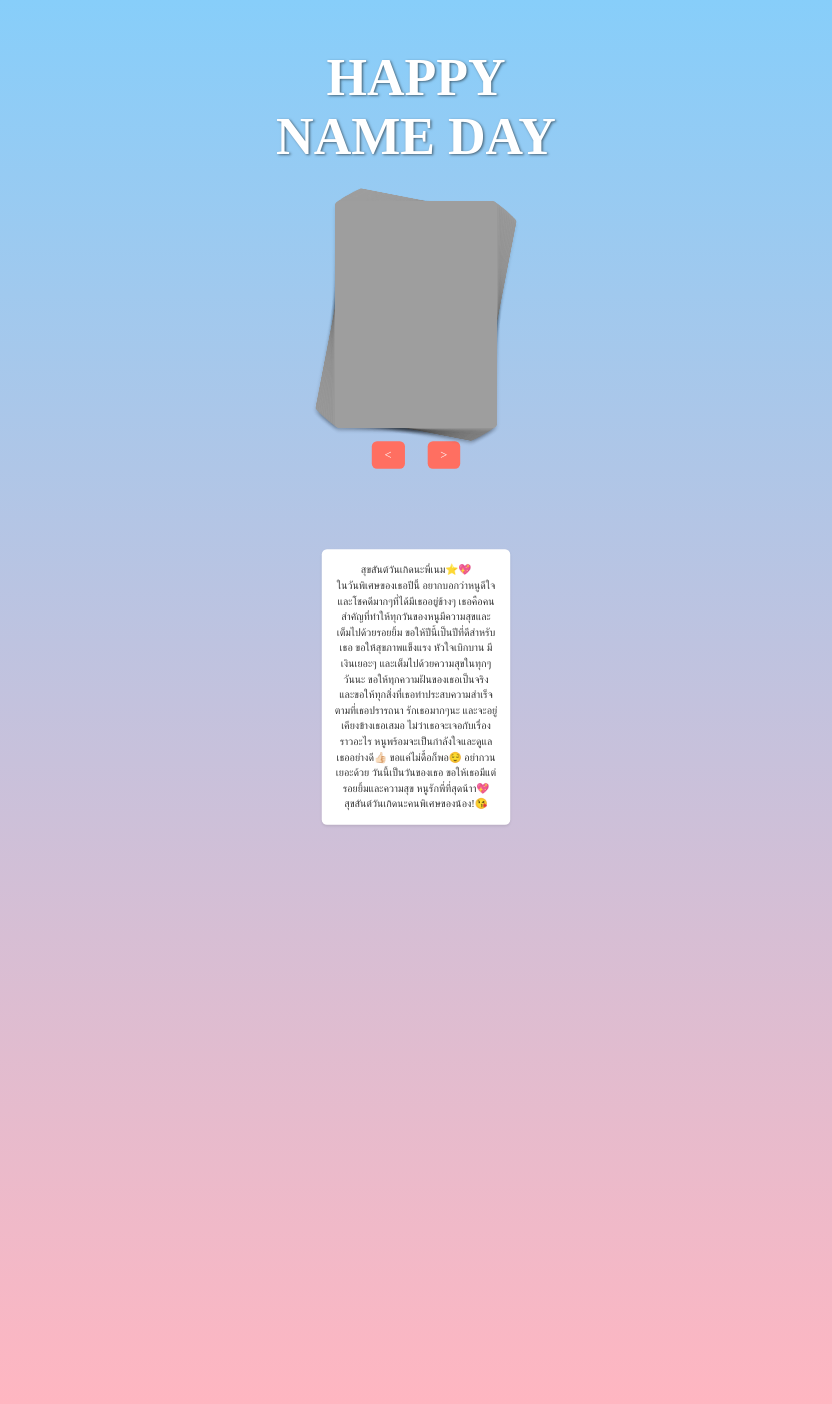
Repository: naps00/BIRTHDAY
Page: /details
An editor plug-in stored every save of this project. The page is shown before and after the next save, followed by the edit.
The browser window is 1280 px wide. The pictures show the whole page, at 65% of full size.
Pictures or frames that could not be fetched are drawn as grey boxes. The project was rebuilt for these pictures with package versions that can differ from the ones it lists, and the page was loaded fresh each time.

Above is the page before, as saved 2024-12-12 20:09:47.

### src/App.js
import React, { useState } from 'react';
import { BrowserRouter as Router, Route, Routes, Link } from 'react-router-dom';
import './App.css';
import Details from './details.js'; // นำเข้า Details.js

function Home() {
  const [showModal, setShowModal] = useState(false);

  // เมื่อวีดีโอจบ ให้แสดง modal
  const handleVideoEnd = () => {
    setShowModal(true);
  };

  return (
    <div className="App">
      <div className="container">
        <div className="text-section" style={{ flex: 1, display: 'flex', flexDirection: 'column', justifyContent: 'center', alignItems: 'center', textAlign: 'center', height: '100vh', color: 'black', fontSize: 'calc(3vw + 0vh)', fontWeight: 'bold' }}>
          <h2>HAPPY BIRTHDAY !!</h2>
          <p>MY LOVE ♡ </p>
          <img src="https://img2.pic.in.th/pic/fc8c0bdfae313c2ffd700a21b05915d6-removebg-preview.png" alt="Happy Birthday Decoration" style={{width: '200px', height: '200PX' }} />
        </div>

        <div className="video-section">
          <video
            className="video-player"
            controls
            onEnded={handleVideoEnd}
          >
            <source src="https://v1.pinimg.com/videos/mc/720p/3d/2a/3c/3d2a3ca4078af4f14258938781ed5f8e.mp4" type="video/mp4" />
            Your browser does not support the video tag.
          </video>
        </div>
      </div>

      {/* Modal */}
      {showModal && (
        <div className="modal-backdrop">
          <div className="modal-content">
            <h2>Are you ready?</h2>
            {/* เปลี่ยนปุ่ม "ปิด" ให้เป็นลิงค์ไปยังหน้า /details */}
            <Link to="/details">
              <button className="pulse">GO !!</button>
            </Link>
          </div>
        </div>
      )}

      {/* เพิ่มอิโมจิที่วิ้งๆ */}
      <div className="emoji">🌟</div>
      <div className="emoji2">✨</div>
      <div className="emoji3">💕</div>

    </div>
  );
}

function App() {
  return (
    <Router>
      <Routes>
        <Route path="/" element={<Home />} />
        <Route path="/details" element={<Details />} /> {/* เพิ่มเส้นทางสำหรับหน้า /details */}
      </Routes>
    </Router>
  );
}

export default App;

### src/App.css
/* การจัด layout ของแอปพลิเคชัน */
.App {
  background-color: white;
  min-height: 100vh;
  display: flex;
  justify-content: center;
  align-items: center;
}

/* ส่วนที่ใช้จัด layout */
.container {
  display: flex;
  flex-direction: row; /* แบ่งพื้นที่ออกเป็น 2 ส่วน */
  width: 100%;
  height: 100vh;
}

/* ส่วนข้อความ */
.text-section {
  flex: 1;
  display: flex;
  flex-direction: column;
  justify-content: center;
  align-items: center;
  padding: 20px;
  background-color: #f9f9f9;
}

.text-section h1 {
  margin-bottom: 20px;
}

/* ส่วนวีดีโอ */
.video-section {
  flex: 1;
  display: flex;
  justify-content: center;
  align-items: center;
  background-color: #000;
}

.video-player {
  width: 100%; /* ให้วีดีโอเต็มความกว้าง */
  height: 100%; /* ให้วีดีโอเต็มความสูง */
  object-fit: cover; /* ปรับวีดีโอให้เต็มพื้นที่โดยไม่เสียสัดส่วน */

/* การแสดง modal */
}
.modal-backdrop {
  position: fixed;
  top: 0;
  left: 0;
  width: 100%;
  height: 100%;
  background: rgba(0, 0, 0, 0.7);
  display: flex;
  justify-content: center;
  align-items: center;
  z-index: 100; /* ทำให้ modal อยู่เหนือสิ่งอื่น */
  animation: fadeInPop 0.5s ease-out;
}

/* เพิ่ม z-index ให้ modal-content */
.modal-content {
  background: white;
  padding: 20px;
  border-radius: 10px;
  text-align: center;
  box-shadow: 0 2px 10px rgba(0, 0, 0, 0.3);
  animation: slideUp 0.3s ease-out;
  z-index: 101; /* ทำให้เนื้อหาของ modal อยู่เหนือ backdrop */
}

/* การแอนิเมชัน fade-in และ pop-up สำหรับ modal backdrop */
@keyframes fadeInPop {
  0% {
    opacity: 0;
    transform: scale(0.8);
  }
  100% {
    opacity: 1;
    transform: scale(1);
  }
}

body {
  font-family: 'Coiny', cursive;
  margin: 0;
  padding: 0;
  box-sizing: border-box;
  background-color: #fef9ef;
  color: #333;
}

h1, h2, p {
  font-family: 'Coiny', cursive; /* ฟอนต์ใหม่สำหรับข้อความ */
}

button {
  font-family: 'Coiny', cursive;
  font-size: 1.2rem;
  background-color: #ff6f61;
  color: #fff;
  padding: 10px 20px;
  border: none;
  border-radius: 8px;
  cursor: pointer;
  transition: background-color 0.3s ease, transform 0.3s ease;
}

button:hover {
  background-color: #ff3d3d;
  transform: scale(1.1);
}

/* การแอนิเมชัน slide-up สำหรับ modal content */
@keyframes slideUp {
  0% {
    transform: translateY(20px);
    opacity: 0;
  }
  100% {
    transform: translateY(0);
    opacity: 1;
  }
}

.modal-content h2 {
  margin-bottom: 20px;
}

.modal-content button {
  padding: 10px 20px;
  background-color: #007bff;
  color: white;
  border: none;
  border-radius: 5px;
  cursor: pointer;
  transition: transform 0.3s ease, background-color 0.3s ease;
}

/* เอฟเฟกต์เมื่อ hover ปุ่ม */
.modal-content button:hover {
  background-color: #0056b3;
  transform: scale(1.1); /* ขยายขนาดปุ่มเมื่อ hover */
}

/* เอฟเฟกต์การเต้นของปุ่ม */
@keyframes pulse {
  0% {
    transform: scale(1);
    opacity: 1;
  }
  50% {
    transform: scale(1.1);
    opacity: 0.8;
  }
  100% {
    transform: scale(1);
    opacity: 1;
  }
}

.pulse {
  animation: pulse 1.5s infinite;
}

/* อิโมจิวิ้งๆ */
.emoji {
  position: fixed;
  top: 30%;
  right: 50%;
  font-size: 30px;
  animation: smoothBounce 1.4s infinite;
  z-index: 50; /* ทำให้ไอคอนอิโมจิอยู่ใต้ modal */
}
.emoji2 {
  position: fixed;
  top: 18%;
  right: 97%;
  font-size: 30px;
  animation: smoothBounce 1.5s infinite;
  z-index: 50; /* ทำให้ไอคอนอิโมจิอยู่ใต้ modal */
}
.emoji3 {
  position: fixed;
  top: 63%;
  right: 65%;
  font-size: 50px;
  animation: smoothBounce 3s infinite;
  z-index: 50; /* ทำให้ไอคอนอิโมจิอยู่ใต้ modal */
}
/* การกระพิบ */
/* @keyframes fadeInOut {
  0%, 100% {
    opacity: 0;
  }
  50% {
    opacity: 1;
  }
}

.fade {
  animation: fadeInOut 1s infinite;
} */

/* การแอนิเมชันวิ้ง */
@keyframes smoothBounce {
  0%, 100% {
    transform: translateY(0);
    opacity: 1;
  }
  25% {
    transform: translateY(-1px);
    opacity: 1;
  }
  50% {
    transform: translateY(-1px);
    opacity: 1;
  }
  75% {
    transform: translateY(5px);
    opacity: 1;
  }
}


/* การแอนิเมชัน zoom-in */
@keyframes zoomIn {
  0% {
    transform: scale(0.8);
    opacity: 0;
  }
  100% {
    transform: scale(1);
    opacity: 1;
  }
}

.zoom-in {
  animation: zoomIn 0.4s ease-out;
}

/* เอฟเฟกต์ fade-in สำหรับเนื้อหาที่โหลด */
.fade-in {
  opacity: 0;
  animation: fadeIn 1s forwards;
}

@keyframes fadeIn {
  from {
    opacity: 0;
  }
  to {
    opacity: 1;
  }
}

### src/details.js
import React, { useState } from 'react';
import { useSwipeable } from 'react-swipeable'; // นำเข้า useSwipeable
import './details.css';

function Details() {
  const images = [
    "https://img2.pic.in.th/pic/C14EEE1A-1C6E-4778-85B7-4833D53D43EB.jpeg",
    "https://img5.pic.in.th/file/secure-sv1/618E6171-BADE-42BC-A018-2EA60935F70F.jpeg",
    "https://img5.pic.in.th/file/secure-sv1/IMG_448429fe121e41b2f430.jpeg",
    "https://img5.pic.in.th/file/secure-sv1/IMG_64786800a538a371f8ae.jpeg",
    "https://img2.pic.in.th/pic/IMG_18254b9a0e0ef262515a.jpeg",
    "https://img2.pic.in.th/pic/IMG_750821c6a0b5848c84f8.jpeg",
    "https://img2.pic.in.th/pic/IMG_217360495c125ab56c81.jpeg",
    "https://img5.pic.in.th/file/secure-sv1/IMG_79057ffcc3e4b6cb96bc.jpeg",
    "https://img2.pic.in.th/pic/IMG_7834161695a4292d3799.jpeg",
    "https://img5.pic.in.th/file/secure-sv1/IMG_7833a600a5964cb97987.jpeg",
    "https://img5.pic.in.th/file/secure-sv1/IMG_7669dbd275c5d25b60ea.jpeg",
    "https://img2.pic.in.th/pic/IMG_791818c257fcaec84a84.jpeg"
  ];

  const [currentIndex, setCurrentIndex] = useState(0);

  const handlers = useSwipeable({
    onSwipedLeft: () => handleNext(),
    onSwipedRight: () => handlePrev(),
    preventDefaultTouchmoveEvent: true,
    trackMouse: true
  });

  const handleNext = () => {
    setCurrentIndex((currentIndex + 1) % images.length);
  };

  const handlePrev = () => {
    setCurrentIndex((currentIndex - 1 + images.length) % images.length);
  };

  return (
    <div className="details-page" style={{ overflowY: 'auto', maxHeight: '100vh', padding: '20px' }}>
      <div className="header-text" style={{ textAlign: 'center' }}>
        <h1>HAPPY <br /> NAME DAY</h1>
      </div>

      <div className="card-stack" {...handlers} style={{ position: 'relative', height: '350px', marginBottom: '20px' }}>
        {images.map((src, index) => {
          const zIndex = images.length - Math.abs(currentIndex - index);
          const rotation = (index - currentIndex) * 1; // การหมุนภาพ
          const offset = (index - currentIndex) * 0; // ระยะเลื่อน

          return (
            <img
              key={index}
              src={src}
              alt={`Slide ${index + 1}`}
              className="card"
              style={{
                zIndex: zIndex,
                position: 'absolute',
                left: '50%',
                top: '50%',
                transform: `translate(-50%, -50%) rotate(${rotation}deg)`,
                marginTop: `${offset}px`,
                width: '250px',
                height: '350px',
                borderRadius: '8px',
                boxShadow: '0 4px 6px rgba(0, 0, 0, 0.1)',
              }}
            />
          );
        })}
      </div>

      <div className="controls" style={{ textAlign: 'center', marginTop: '0px' }}>
        <button onClick={handlePrev} style={{ margin: '0 10px', padding: '10px 20px' }}>
          &lt;
        </button>
        <button onClick={handleNext} style={{ margin: '0 10px', padding: '10px 20px' }}>
          &gt;
        </button>
      </div>
      <div
        className="card-message"
        style={{
          margin: '10%',
          width: '100%',
          maxWidth: '250px',
          padding: '20px',
          borderRadius: '8px',
          backgroundColor: '#fff',
          boxShadow: '0 2px 4px rgba(0, 0, 0, 0.1)',
          textAlign: 'center',
          fontSize: '16px',
          lineHeight: '1.5',
        }}
      >
        สุขสันต์วันเกิดนะพี่เนม⭐️💖 <br/>

ในวันพิเศษของเธอปีนี้ อยากบอกว่าหนูดีใจและโชคดีมากๆที่ได้มีเธออยู่ข้างๆ เธอคือคนสำคัญที่ทำให้ทุกวันของหนูมีความสุขและเต็มไปด้วยรอยยิ้ม

ขอให้ปีนี้เป็นปีที่ดีสำหรับเธอ ขอให้สุขภาพแข็งแรง หัวใจเบิกบาน มีเงินเยอะๆ และเต็มไปด้วยความสุขในทุกๆ วันนะ ขอให้ทุกความฝันของเธอเป็นจริง และขอให้ทุกสิ่งที่เธอทำประสบความสำเร็จตามที่เธอปรารถนา

รักเธอมากๆนะ และจะอยู่เคียงข้างเธอเสมอ ไม่ว่าเธอจะเจอกับเรื่องราวอะไร หนูพร้อมจะเป็นกำลังใจและดูแลเธออย่างดี👍🏻 ขอแค่ไม่ดื้อก็พอ😌 อย่ากวนเยอะด้วย

วันนี้เป็นวันของเธอ ขอให้เธอมีแต่รอยยิ้มและความสุข หนูรักพี่ที่สุดน้าา💖 สุขสันต์วันเกิดนะคนพิเศษของน้อง!😘
      </div>


      <audio autoPlay loop>
        <source src="https://www.soundhelix.com/examples/mp3/SoundHelix-Song-1.mp3" type="audio/mp3" />
        Your browser does not support the audio element.
      </audio>
    </div>
  );
}

export default Details;

### src/details.css
.details-page {
  display: flex;
  flex-direction: column;
  align-items: center;
  justify-content: flex-start;
  min-height: 300vh; /* กำหนดความสูงขั้นต่ำ */
  background: linear-gradient(to bottom, #87CEFA, #FFB6C1);
  padding: 40px; /* เพิ่มระยะห่างจากขอบ */
  overflow-y: auto; /* ให้เลื่อนแนวตั้งได้ */
  box-sizing: border-box;
}

.card-stack {
  position: relative;
  width: 100%; /* ใช้พื้นที่เต็มความกว้าง */
  max-width: 400px; /* จำกัดขนาดความกว้าง */
  display: flex;
  flex-direction: column; /* จัดเรียงแนวตั้ง */
  align-items: center;
  gap: 20px; /* ระยะห่างระหว่างแต่ละรูป */
}
.header-text {
  text-align: center;
  color: white;
  text-shadow: 2px 2px 4px rgba(0, 0, 0, 0.5);
  font-size: 2.5rem;
}
.card {
  width: 200px; /* เพิ่มขนาดความกว้าง */
  height: 300px; /* เพิ่มขนาดความสูง */
  border-radius: 10px;
  box-shadow: 0 4px 8px rgba(0, 0, 0, 0.2);
}

.text-box {
  margin-top: 90px; /* เพิ่มระยะห่างระหว่างภาพและข้อความ */
  padding: 20px; /* ขยายพื้นที่ข้อความ */
  width: 100%;
  max-width: 500px; /* ขยายขนาดกล่องข้อความ */
  background: #ffffff;
  border: 1px solid #ddd;
  border-radius: 10px;
  box-shadow: 0 4px 8px rgba(0, 0, 0, 0.1);
  text-align: center; /* จัดข้อความให้อยู่กึ่งกลาง */
  font-size: 18px; /* เพิ่มขนาดตัวอักษร */
  line-height: 1.6; /* เพิ่มความสูงระหว่างบรรทัด */
}

.controls {
  margin-top: 10px; /* ระยะห่างระหว่างปุ่มกับข้อความ */
  display: flex;
  justify-content: center;
  gap: 15px; /* เพิ่มระยะห่างระหว่างปุ่ม */
}

Loaded but not shown: public/index.html (common file); src/index.js (common file); src/index.css (common file); src/reportWebVitals.js (common file)

After the next save:
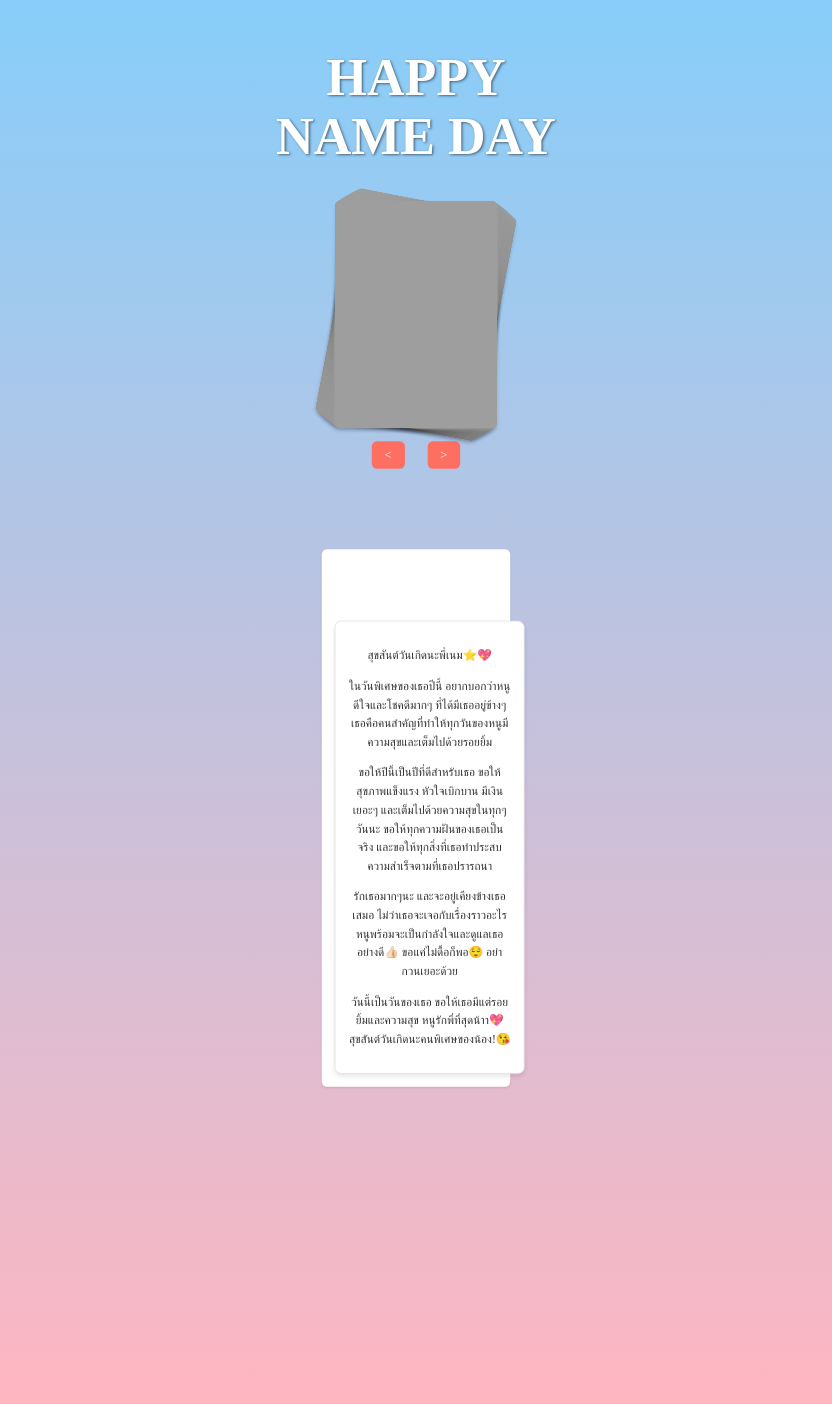
Saved 2 min 57 s later.
--- a/src/details.js
+++ b/src/details.js
@@ -93,15 +93,31 @@ function Details() {
           lineHeight: '1.5',
         }}
       >
-        สุขสันต์วันเกิดนะพี่เนม⭐️💖 <br/>
+        <div className="text-box">
+  <p>สุขสันต์วันเกิดนะพี่เนม⭐️💖</p>
 
-ในวันพิเศษของเธอปีนี้ อยากบอกว่าหนูดีใจและโชคดีมากๆที่ได้มีเธออยู่ข้างๆ เธอคือคนสำคัญที่ทำให้ทุกวันของหนูมีความสุขและเต็มไปด้วยรอยยิ้ม
+  <p>
+    ในวันพิเศษของเธอปีนี้ อยากบอกว่าหนูดีใจและโชคดีมากๆ ที่ได้มีเธออยู่ข้างๆ
+    เธอคือคนสำคัญที่ทำให้ทุกวันของหนูมีความสุขและเต็มไปด้วยรอยยิ้ม
+  </p>
 
-ขอให้ปีนี้เป็นปีที่ดีสำหรับเธอ ขอให้สุขภาพแข็งแรง หัวใจเบิกบาน มีเงินเยอะๆ และเต็มไปด้วยความสุขในทุกๆ วันนะ ขอให้ทุกความฝันของเธอเป็นจริง และขอให้ทุกสิ่งที่เธอทำประสบความสำเร็จตามที่เธอปรารถนา
+  <p>
+    ขอให้ปีนี้เป็นปีที่ดีสำหรับเธอ ขอให้สุขภาพแข็งแรง หัวใจเบิกบาน
+    มีเงินเยอะๆ และเต็มไปด้วยความสุขในทุกๆ วันนะ ขอให้ทุกความฝันของเธอเป็นจริง
+    และขอให้ทุกสิ่งที่เธอทำประสบความสำเร็จตามที่เธอปรารถนา
+  </p>
 
-รักเธอมากๆนะ และจะอยู่เคียงข้างเธอเสมอ ไม่ว่าเธอจะเจอกับเรื่องราวอะไร หนูพร้อมจะเป็นกำลังใจและดูแลเธออย่างดี👍🏻 ขอแค่ไม่ดื้อก็พอ😌 อย่ากวนเยอะด้วย
+  <p>
+    รักเธอมากๆนะ และจะอยู่เคียงข้างเธอเสมอ ไม่ว่าเธอจะเจอกับเรื่องราวอะไร
+    หนูพร้อมจะเป็นกำลังใจและดูแลเธออย่างดี👍🏻 ขอแค่ไม่ดื้อก็พอ😌 อย่ากวนเยอะด้วย
+  </p>
 
-วันนี้เป็นวันของเธอ ขอให้เธอมีแต่รอยยิ้มและความสุข หนูรักพี่ที่สุดน้าา💖 สุขสันต์วันเกิดนะคนพิเศษของน้อง!😘
+  <p>
+    วันนี้เป็นวันของเธอ ขอให้เธอมีแต่รอยยิ้มและความสุข หนูรักพี่ที่สุดน้าา💖
+    สุขสันต์วันเกิดนะคนพิเศษของน้อง!😘
+  </p>
+</div>
+
       </div>
 
 
